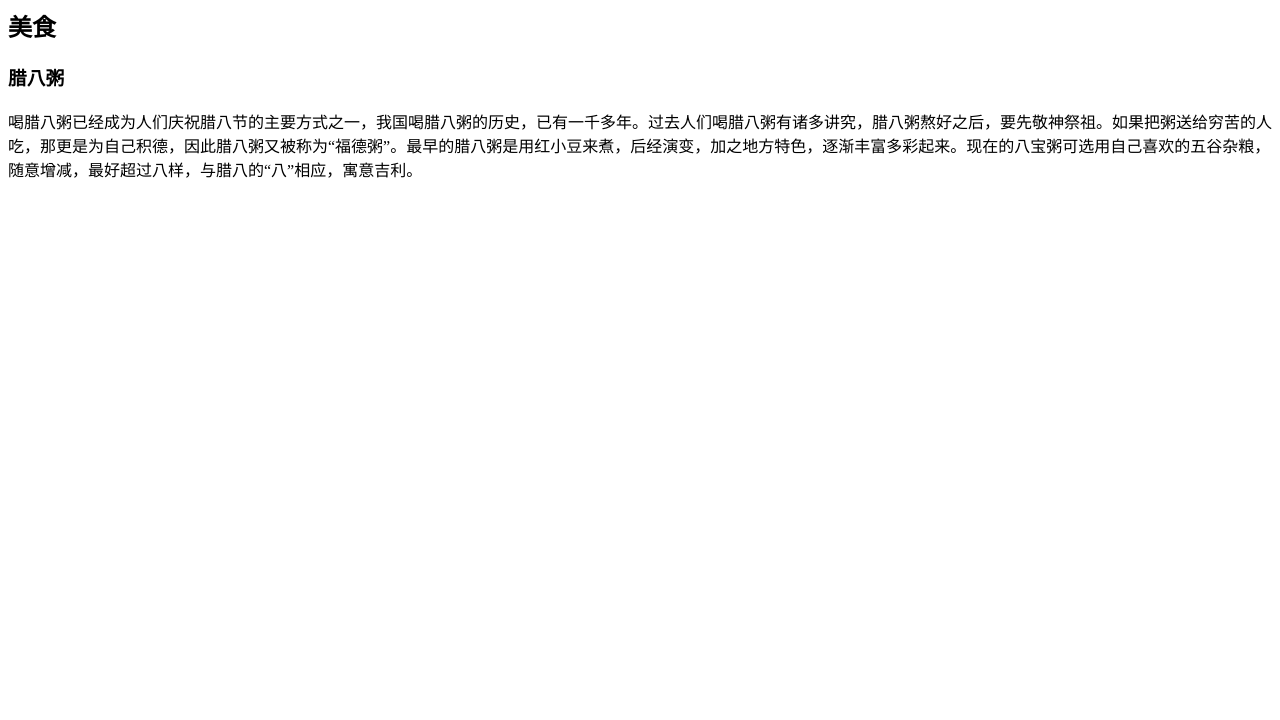
Repository: XueJie1/computer-operation-basics
Page: pages/lanternfes/cuisine.html
These files come from the project's save history. The page is drawn as it stood at one moment and after the next save; the edit follows.
The browser window is 1280 px wide. The pictures show the whole page.

Above is the page before, as saved 2023-09-14 16:13:36.

### pages/lanternfes/cuisine.html
<h2>美食</h2>
<h3>腊八粥</h3>
<p>喝腊八粥已经成为人们庆祝腊八节的主要方式之一，我国喝腊八粥的历史，已有一千多年。过去人们喝腊八粥有诸多讲究，腊八粥熬好之后，要先敬神祭祖。如果把粥送给穷苦的人吃，那更是为自己积德，因此腊八粥又被称为“福德粥”。最早的腊八粥是用红小豆来煮，后经演变，加之地方特色，逐渐丰富多彩起来。现在的八宝粥可选用自己喜欢的五谷杂粮，随意增减，最好超过八样，与腊八的“八”相应，寓意吉利。
</p>

After the next save:
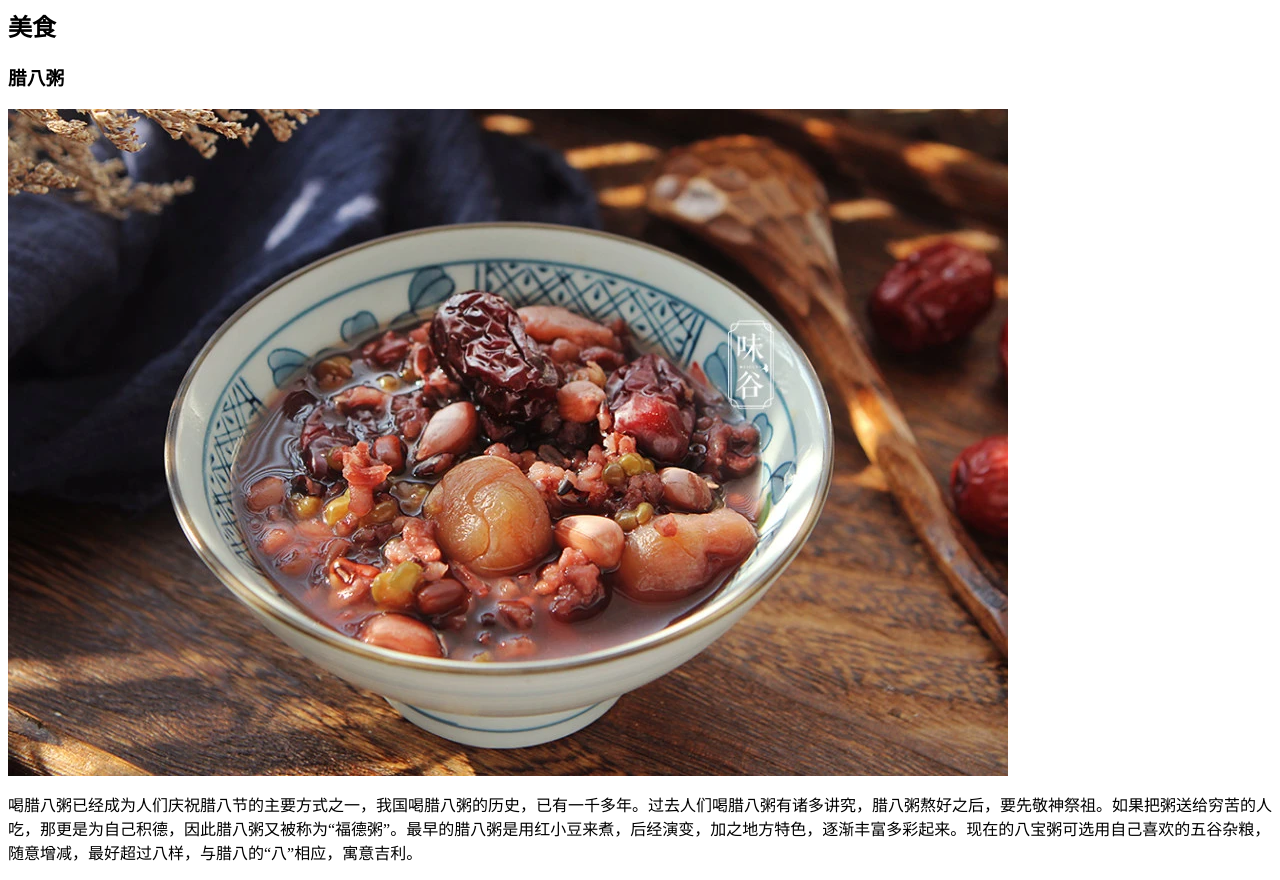
Saved 29 s later.
--- a/pages/lanternfes/cuisine.html
+++ b/pages/lanternfes/cuisine.html
@@ -1,4 +1,7 @@
 <h2>美食</h2>
 <h3>腊八粥</h3>
+<div class="img">
+    <img src="../../img/labazhou.webp">
+</div>
 <p>喝腊八粥已经成为人们庆祝腊八节的主要方式之一，我国喝腊八粥的历史，已有一千多年。过去人们喝腊八粥有诸多讲究，腊八粥熬好之后，要先敬神祭祖。如果把粥送给穷苦的人吃，那更是为自己积德，因此腊八粥又被称为“福德粥”。最早的腊八粥是用红小豆来煮，后经演变，加之地方特色，逐渐丰富多彩起来。现在的八宝粥可选用自己喜欢的五谷杂粮，随意增减，最好超过八样，与腊八的“八”相应，寓意吉利。
 </p>
